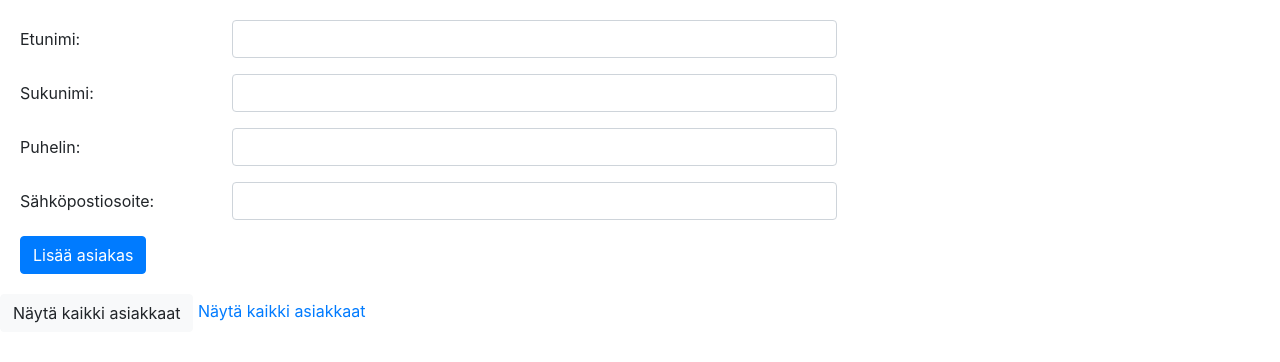
Repository: sarastu5/javaohjelmointi
Page: http://localhost/AsiakkaatWeb/lisaaasiakas.jsp
These files come from the project's save history. The page is drawn as it stood at one moment and after the next save; the edit follows.
The browser window is 1280 px wide. The pictures show the whole page.
Some web libraries are served in a nearby version. The page is served by Tomcat 9. The session is filled in as if someone had signed in: {"kayttaja": 1}. Other server files are loaded and not shown.

Above is the page before, as saved 2018-05-04 18:52:46.

### Java EE/AsiakkaatWeb/WebContent/lisaaasiakas.jsp
<%@include file="onkokirjauduttu.jsp" %>
<%@ page language="java" contentType="text/html; charset=ISO-8859-1"
    pageEncoding="ISO-8859-1"%>
<!DOCTYPE html PUBLIC "-//W3C//DTD HTML 4.01 Transitional//EN" "http://www.w3.org/TR/html4/loose.dtd">
<html>
<head>
<meta http-equiv="Content-Type" content="text/html; charset=ISO-8859-1">
<script src="https://ajax.googleapis.com/ajax/libs/jquery/3.1.1/jquery.min.js"></script>
<link rel="stylesheet" type="text/css" href="main.css">
<link rel="stylesheet" href="https://stackpath.bootstrapcdn.com/bootstrap/4.1.0/css/bootstrap.min.css" integrity="sha384-9gVQ4dYFwwWSjIDZnLEWnxCjeSWFphJiwGPXr1jddIhOegiu1FwO5qRGvFXOdJZ4" crossorigin="anonymous">
<title>Asiakkaiden lisäys</title>
</head>
<body>
	<div id="error"></div>
	<div class="lomake">
		<form action="LisaaAsiakas" method="post" name="lisaaLomake" onsubmit="return validateForm()" id="lisaaLomake">
			<div class="form-group row">
		   		<label for="etunimi" class="col-sm-2 col-form-label">Etunimi:</label>
		    	<div class="col-sm-6">
		      		<input type="text" class="form-control" name="etunimi" id="etunimi">
		    	</div>
	  		</div>
	  		<div class="form-group row">
		   		<label for="sukunimi" class="col-sm-2 col-form-label">Sukunimi:</label>
		    	<div class="col-sm-6">
		      		<input type="text" class="form-control" name="sukunimi" id="sukunimi">
		    	</div>
	  		</div>
	  		<div class="form-group row">
		   		<label for="puhelin" class="col-sm-2 col-form-label">Puhelin:</label>
		    	<div class="col-sm-6">
		      		<input type="text" class="form-control" name="puhelin" id="puhelin">
		    	</div>
	  		</div>
	  		<div class="form-group row">
		   		<label for="sposti" class="col-sm-2 col-form-label">Sähköpostiosoite:</label>
		    	<div class="col-sm-6">
		      		<input type="text" class="form-control" name="sposti" id="sposti">
		    	</div>
	  		</div>

	  		<button type="submit" class="btn btn-primary" value="lisää">Lisää asiakas</button>
		</form>
	</div>
	<a href="haeasiakkaat.jsp"><button type="button" class="btn btn-light">Näytä kaikki asiakkaat</button></a>
	<a href="haeasiakkaat.jsp">Näytä kaikki asiakkaat</a>

	<script>
		function validateForm() {
			var error = "";

			var etunimi = document.forms["lisaaLomake"]["etunimi"].value;
			if (etunimi == "") {
				error = error + "Etunimi on pakollinen<br>";
			}

			var sukunimi = document.forms["lisaaLomake"]["sukunimi"].value;
			if (sukunimi == "") {
				error = error + "Sukunimi on pakollinen<br>";
			}

			var puhelin = document.forms["lisaaLomake"]["puhelin"].value;
			if (puhelin == "") {
				error = error + "Puhelinnumero on pakollinen<br>";
			}

			if (error !== "") {
				$("#error").html(error);
				return false;
			}
		}
	</script>

	<script src="https://code.jquery.com/jquery-3.3.1.slim.min.js" integrity="sha384-q8i/X+965DzO0rT7abK41JStQIAqVgRVzpbzo5smXKp4YfRvH+8abtTE1Pi6jizo" crossorigin="anonymous"></script>
	<script src="https://cdnjs.cloudflare.com/ajax/libs/popper.js/1.14.0/umd/popper.min.js" integrity="sha384-cs/chFZiN24E4KMATLdqdvsezGxaGsi4hLGOzlXwp5UZB1LY//20VyM2taTB4QvJ" crossorigin="anonymous"></script>
	<script src="https://stackpath.bootstrapcdn.com/bootstrap/4.1.0/js/bootstrap.min.js" integrity="sha384-uefMccjFJAIv6A+rW+L4AHf99KvxDjWSu1z9VI8SKNVmz4sk7buKt/6v9KI65qnm" crossorigin="anonymous"></script>
</body>
</html>

### Java EE/AsiakkaatWeb/WebContent/onkokirjauduttu.jsp
<%
if (session.getAttribute("kayttaja")==null) {
	response.sendRedirect("index.jsp");
	return;
}
%>

### Java EE/AsiakkaatWeb/WebContent/main.css
td.otsikko {
	font-weight: bold;
}

.lomake {
	padding: 20px;
}

After the next save:
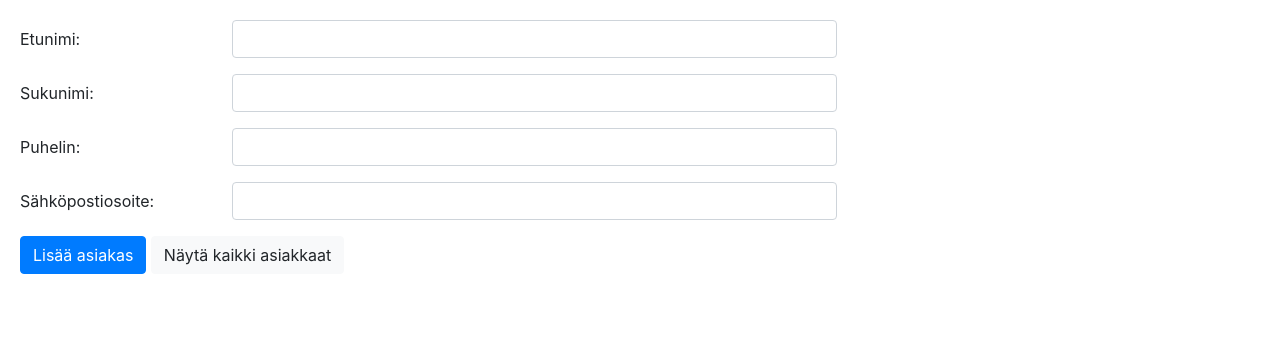
Saved 31 s later.
--- a/Java EE/AsiakkaatWeb/WebContent/lisaaasiakas.jsp
+++ b/Java EE/AsiakkaatWeb/WebContent/lisaaasiakas.jsp
@@ -38,12 +38,11 @@
 		      		<input type="text" class="form-control" name="sposti" id="sposti">
 		    	</div>
 	  		</div>
-
 	  		<button type="submit" class="btn btn-primary" value="lisää">Lisää asiakas</button>
+	  		<a href="haeasiakkaat.jsp"><button type="button" class="btn btn-light">Näytä kaikki asiakkaat</button></a>
 		</form>
 	</div>
-	<a href="haeasiakkaat.jsp"><button type="button" class="btn btn-light">Näytä kaikki asiakkaat</button></a>
-	<a href="haeasiakkaat.jsp">Näytä kaikki asiakkaat</a>
+
 
 	<script>
 		function validateForm() {
